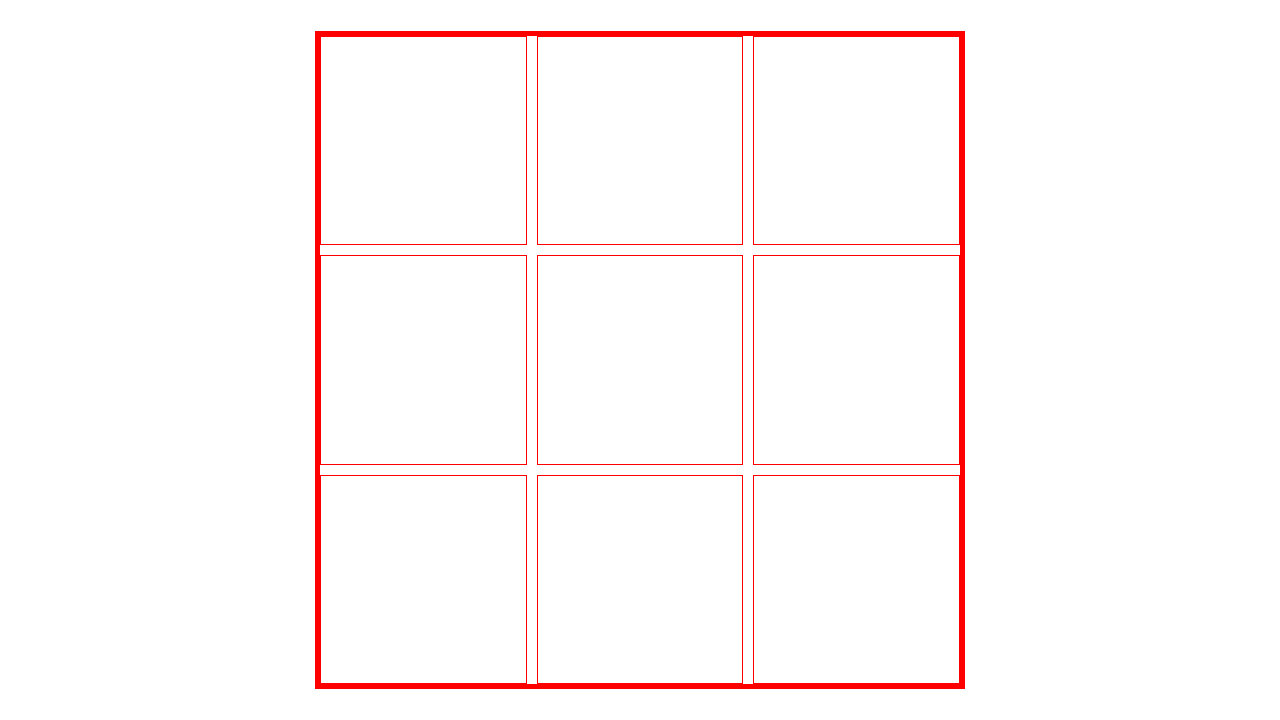
Repository: kocokoy/TOP-tic-tac-toe
Page: index.html
These files come from the project's save history. The page is drawn as it stood at one moment and after the next save; the edit follows.
The browser window is 1280 px wide. The pictures show the whole page.

Above is the page before, as saved 2024-11-07 14:23:26.

### index.html
<!DOCTYPE html>
<html lang="en">
<head>
  <meta charset="UTF-8">
  <meta name="viewport" content="width=device-width, initial-scale=1.0">
  <link rel="stylesheet" href="/styles/style.css">
  <title>Document</title>
</head>
<body>
 <div class='container'>
  <div class="gameboard">

  </div>
 </div>
<script src="/javascripts/scripts.js"></script>
</body>
</html>

### styles/style.css
body{
  padding: 0;
  margin: 0;
  height: 100vh;
}
.container{
  height:100%;
  display: flex;
  justify-content: center;
  align-items: center;
}
.gameboard{
  display: grid;
  grid-template-columns: 1fr 1fr 1fr;
  gap: 10px;
  border: 5px solid red;
  width: 50%;
  height: 90%;
}
.gameboard div{
  border: 1px solid red;
  cursor: pointer;
}

### javascripts/scripts.js
const gameBoardElement = document.querySelector('.gameboard');

const gameBoard = {
  gameBoard : []
}
const players = {
  player1: 'X',
  player2: 'O',
}

startGame();
function startGame(){
  createGameBoard()
}
function createGameBoard(){
  for(let i = 0; i < 9; i++){
    const div = document.createElement('div');
    gameBoardElement.appendChild(div);
  }
}

After the next save:
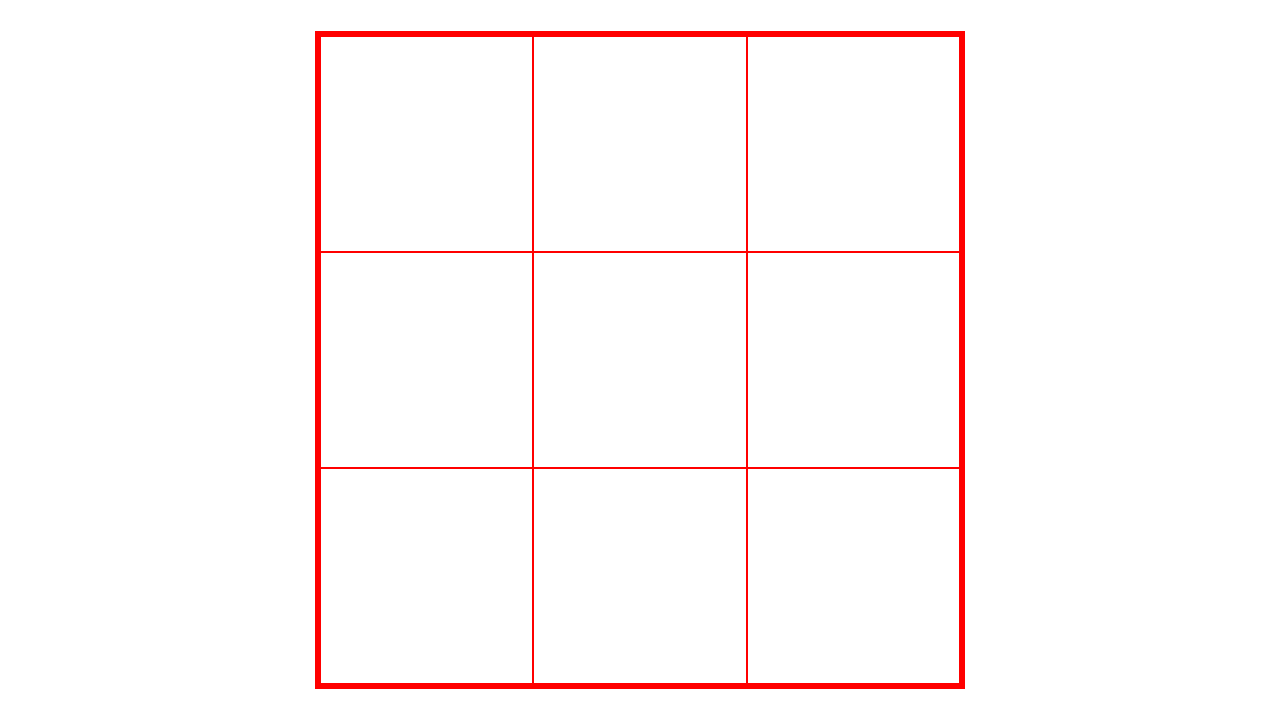
Saved 11 s later.
--- a/styles/style.css
+++ b/styles/style.css
@@ -12,7 +12,7 @@ body{
 .gameboard{
   display: grid;
   grid-template-columns: 1fr 1fr 1fr;
-  gap: 10px;
+  /* gap: 10px; */
   border: 5px solid red;
   width: 50%;
   height: 90%;
